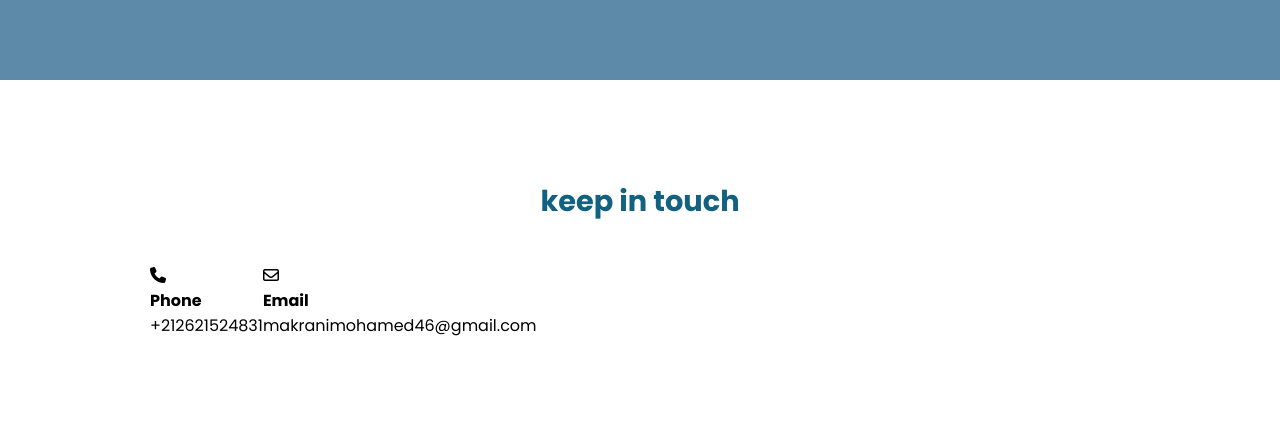
Repository: mohamed-makrani/Portfolio
Page: indixe.html
An editor plug-in stored every save of this project. The page is shown before and after the next save, followed by the edit.
The browser window is 1280 px wide. The pictures show the part of the page from y = 2638 to 3100 px (the page is 3076 px tall before and 3100 px after).
A picture or video elsewhere on the page could not be fetched, so the positions and the page height are approximate. Backgrounds fixed to the window are drawn as part of the page.

Above is the page before, as saved 2023-09-17 13:37:51.

### indixe.html
<!DOCTYPE html>
<html lang="en">
<head>
    <meta charset="UTF-8">
    <meta name="descreption" content="makrani-mohamed/portfilio"/>
    <title>Mohamed-makrani</title>
    <link rel="stylesheet" href="https://cdnjs.cloudflare.com/ajax/libs/font-awesome/6.4.2/css/all.min.css"/>
    <link  rel="stylesheet" href="style.css" />
</head>
<body>
    <header>
        <a class="logo" href="#logo" >Mohamed-makrani</a>
        <nav class="navigation">
            <a href="#services" >services</a>
            <a href="#projects" > projects</a>
            <a href="#contact"> contact </a>

        </nav>
    </header>
    <section class="main" id="logo">
        <div>
            <h6>Hello, I'm mohamed </h6>
            <h1>Web developer</h1>
            <h4>Width defines web's rhythm</h4>
        <a href="#" class="main-button">view my work</a>
        <div class="social-media">
            <a href="#" ><i class="fa-brands fa-github"></i></a>
            <a href="https://www.linkedin.com/in/mohamed-makrani-b9bb0028b/" target="_blank"><i class="fa-brands fa-linkedin"></i></a>
            <a href="#"><i class="fa-brands fa-instagram"></i></a>
            <a href="#"><i class="fa-brands fa-facebook"></i></a>
        </div>
        </div>
    </section>

    <section class="cards" id="services" >
        <h2 class="title">Services</h2>
        <div class="content" >
            <div class="card">
                <div class="icon"><i class="fa-solid fa-shield-halved"></i></div>
                <div class="info">
                    <h2>Web app testing</h2>
                    <p>Effective web application testing is crucial to delivering a high-quality product to users and maintaining its reliability over time.</p>
                </div>
            </div>
            <div class="card">
                <div class="icon"><i class="fa-solid fa-database"></i></div>
                <div class="info">
                    <h2>Database management</h2>
                    <p>the process of designing, implementing, maintaining, and optimizing databases to efficiently and securely store, retrieve, and manage data.</p>
                </div>
            </div>
            <div class="card">
                <div class="icon"><i class="fa-solid fa-code"></i></div>
                <div class="info">
                    <h2>Web app developer</h2>
                    <p> designing, creating, and maintaining web applications.</p>
                </div>

            </div>

        </div>
    </section>
        <section class="Projects" id="projects">
            <h2 class="projec-title">Projects</h2>
            <div class="project-content">
                <div class="project-card">
                    <div class="image">
                        <img src="test-web-application.jpg" />
                    </div>
                    <div class="project-info">
                        <strong class="project-title"><span>Testing web applications</span>

                        </strong>
                        <p> testing web applications for security vulnerabilities. </p>
                        <a href="" class="detaile" >More detaile</a>
                    </div>
                </div>
                <div class="project-card">
                    <div class="image">


                    </div>
                    <div class="project-info">
                        <strong class="project-title"><span></span></strong>
                        <p></p>
                        <a href="" class="detaile">More detaile</a>

                    </div>

                </div>
                <div class="project-card">
                    <div class="image">

                    </div>
                    <div class="project-info">
                        <strong class="project-title"><span></span></strong>
                        <p></p>
                         <a href="" class="detaile">More detaile</a>
                    </div>




                </div>


            </div>

        </section>
        <section class="contact-me" id="contact">
            <h2 class="work-contact">keep in touch</h2>
            <div class="contact-content">
                <div class="contact-card">
                    <div class="contact-icon"><i class="fa-solid fa-phone"></i></div>
                    <div class="contact-info">
                        <h4>Phone</h4>
                        <P class="Ph">+212621524831</P>
                    </div>
                </div>
                <div class="contact-card">
                    <div class="contact-icon"><i class="fa-regular fa-envelope"></i></div>
                    <div class="contact-info">
                        <h4>Email</h4>
                        <p class="em">makranimohamed46@gmail.com</p>

                    </div>





            </div>





















        </section>








</body>
</html>

### style.css
@import url('https://fonts.googleapis.com/css2?family=Poppins:ital,wght@0,200;0,300;0,400;0,500;0,600;0,700;0,800;0,900;1,100;1,200;1,300;1,400;1,500;1,600;1,700;1,800;1,900&display=swap');

*{

    font-family: 'Poppins', sans-serif;
    margin: 0;
    padding: 0;
    box-sizing: border-box;
    scroll-behavior: smooth;
}
 header{

    background-color: #f5f5f5;
    width: 100%;
    position: fixed;
    display: flex;
    z-index: 999;
    justify-content: space-between;
    align-items: center;
    padding: 10px 200px;

 }
 .logo {
    /* default is 16 px */

    text-decoration: none;
    font-size: 16px;
    color: #126180;
    text-transform: uppercase;
    font-weight: 700;
 }
 .navigation a{
    color: #126180;
    font-size: 15px;
    font-weight: 600px;
    text-decoration: none;
    padding-left:  30px;

 }
.navigation a:hover {

color: rgb(83, 15, 146);
}
 section {

   padding: 100px 150px;
 }
 .main{

   width: 100%;
   min-height: 100vh;
   display: flex;
   align-items: center;
   background:url(backround.jpg) no-repeat;
   background-size: cover;
   background-position:center ;
   background-attachment: fixed;

 }
 .main h6 {

   color: white;
   font-weight:500px ;
   font-size: 0.9em;


 }

 .main h1 {

   color:#5d8aa8 ;
   font-size: 2.4em;
   font-weight: 500px;
   margin-top: 6px;
 }
 .main h4 {

   color: white;
   font-size: 1em;
   font-weight: 500px;
   margin-top: 6px;
   margin-bottom: 20px;
   letter-spacing:1px;
 }
.main-button {

color : white;
text-decoration: none;
background-color: #92a1cf;
letter-spacing : 1px;
font-size: 1em;
font-weight: 600px;
display: inline-block;
padding: 0.935em 2.187em;
border-radius: 12px;
margin-bottom: 20px;
transition: 0.7s ease;

}
.main-button :hover{
   background-color:#545aa7;
   transform: scale(1.1);
}
.social-media a{

   color: white;
   font-size: 22px;
   padding-left: 18px;

}

.title {

   display: flex;
   justify-content: center;
   color:#126180;
   font-size:1.8em ;
   font-weight: 700px;
   margin-bottom: 40px;
}
.content{
   display: flex;
   justify-content: center;
   flex-direction: row;
   flex-wrap: wrap;
}
.card {
   background-color:#f5f5f5;
   width:21.25em;
   box-shadow: 0 5px 25px rgba(1 1 1 /15%);
    border-radius: 10px;
    padding: 25px;
    margin: 15px;
    transition: 0.4s ease;
}
.card:hover {
   transform: scale(1.1);
}
.icon {
   color: #4682b4;
   text-align: center;
   font-size: 5em;
}
.info h2 {

   color:#4682b4 ;
   text-align: center;
   font-size:1.1em;
   font-weight: 700px;
   margin:10px ;

}
.info p {

   text-align: center;
   font-size:1.1em ;
   font-weight:500px ;
   color :rgb(39, 37, 37);


}
.Projects{
   background-color: #5d8aa8;
}
.projec-title{

   display: flex;
   justify-content: center;
   color: white;
   font-size:1.8em ;
   font-weight:700 ;
   margin-bottom: 40px;

}
.project-content{

   display: flex;
   justify-content: center;
   flex-direction: row;
   flex-wrap: wrap;
}

 .projects.project-content{
   margin-top: 30px;
 }
.project-card{

   background-color: white;
   border: 2px solid black;
   min-height: 14em;
   width: 23em;
   overflow: hidden;
   border-radius: 10px;
   margin: 20px;
   transition: 0.5s ease;
}

.project-card:hover{
   transform: scale(1.1);
}
.project-card:hover .image{
opacity: 0.9;

}
image img {
   width: 100%;
}
.project-info{
   padding: 1em;
}
.project-info p{
   font-size: 0.9em;
   color: black;

}
.project-info strong{
   margin-top: 10px;
   font-weight: 800px;
   display: flex;
   justify-content: space-between;
   text-transform: uppercase;

}
.detaile {
   padding-top: 20px;
   text-decoration:none;
   font-size: 1.4em;
   font-weight: 800px;
   color:#4682b4;
   justify-content: center;

}

/*.contact-me{
   margin-top :20px;
}*/
.work-contact{
   color: #126180;
    display: flex;
   justify-content: center;
   font-size:1.8em ;
   font-weight: 700px;
   margin-bottom: 40px;

}
.contact-content{
   display: flex;
   flex-direction: row;
   flex-wrap: wrap;
}
.contact-me.contact-card{
   background-color:#f5f5f5;
   width:21.25em;
   box-shadow: 0 5px 25px rgba(1 1 1 /15%);
    border-radius: 10px;
    padding: 25px;
    margin: 15px;
    text-align: center;
    transition: 0.4s ease;
}
.contact-card:hover{
    transform: scale(1.1);
}*/
/*.contact-icon{
   color: #4682b4;
   text-align: center;
   font-size: 5em;
}
.contact-info h4{
  text-align: center;
}
.Ph{
   text-align: center;
   font-size: 1.2em;
}
.em{
   font-size: 1.1em;
}*/
.contacte-me.icon{
   font-size: 4.5em;
}

After the next save:
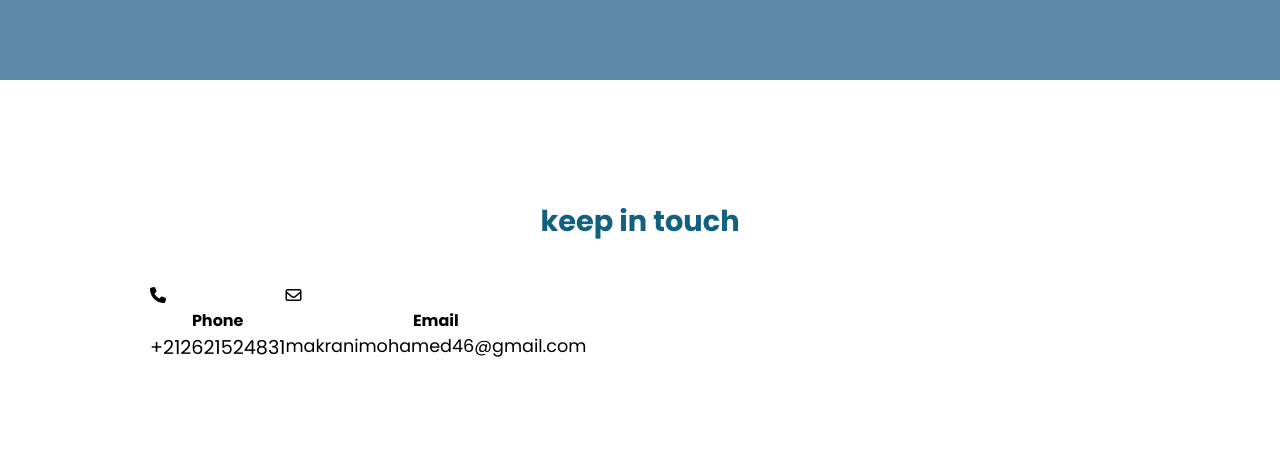
Saved 91 min 32 s later.
--- a/style.css
+++ b/style.css
@@ -231,9 +231,9 @@ image img {
 
 }
 
-/*.contact-me{
+.contact-me{
    margin-top :20px;
-}*/
+}
 .work-contact{
    color: #126180;
     display: flex;
@@ -256,12 +256,14 @@ image img {
     padding: 25px;
     margin: 15px;
     text-align: center;
+    align-content:center;
+
     transition: 0.4s ease;
 }
 .contact-card:hover{
     transform: scale(1.1);
 }*/
-/*.contact-icon{
+.contact-icon{
    color: #4682b4;
    text-align: center;
    font-size: 5em;
